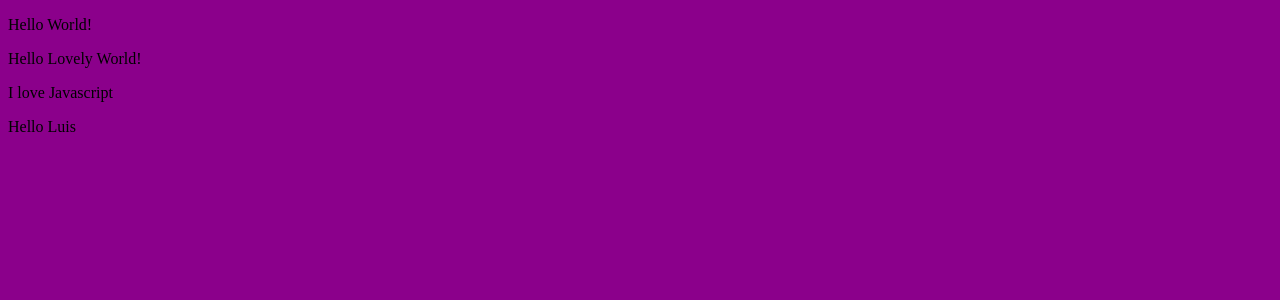
Repository: WDUtadas/WDUtadas.github.io
Page: myjsfiles/app.html
These files come from the project's save history. The page is drawn as it stood at one moment and after the next save; the edit follows.
The browser window is 1280 px wide. The pictures show the whole page.

Above is the page before, as saved 2025-03-07 12:08:17.

After the next save:
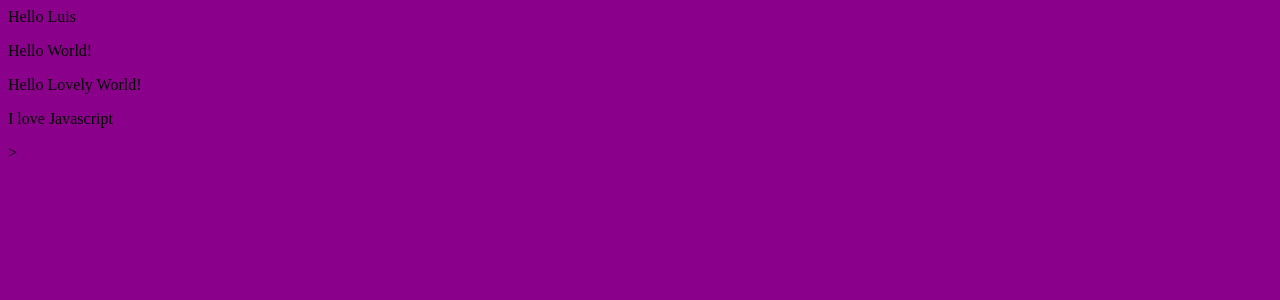
Saved 79 s later.
--- a/myjsfiles/app.html
+++ b/myjsfiles/app.html
@@ -5,16 +5,12 @@
     <meta name="viewport" content="width=device-width, initial-scale=1.0">
     <title>Introduction to Javascript, HTML and CSS</title>
     <link rel="stylesheet" href="./mycss/app.css">
+    <script src="./myjavascript/app.js"></script>
 </head>
 <body>
    <p>Hello World!</p>
    <p>Hello Lovely World!</p>
    <p>I love Javascript</p>
-
-   <script>
-    var greet = "Hello";
-    var name = "Luis";
-    document.write(greet + " " + name);
-   </script>
+   >
 </body>
 </html>
